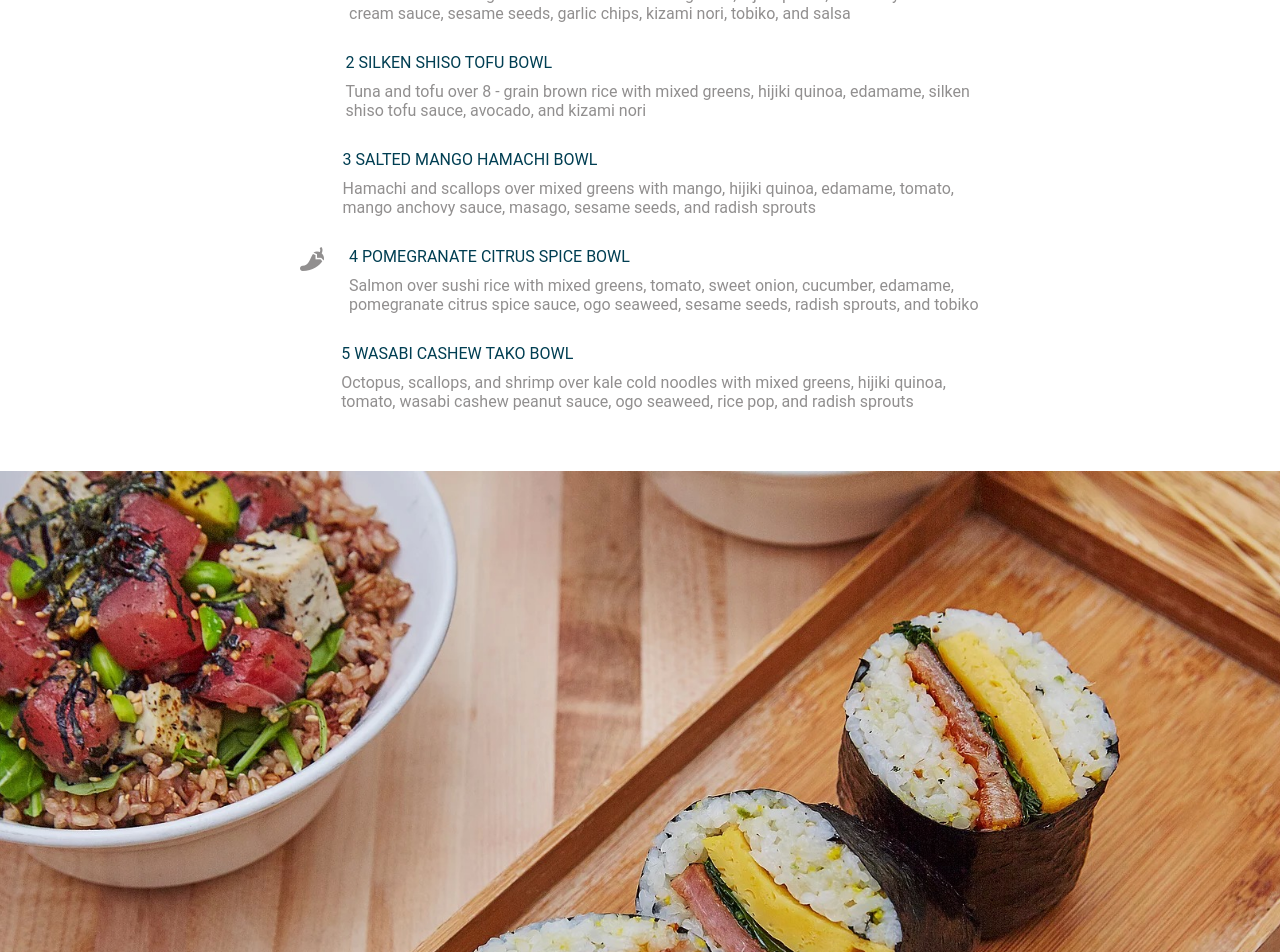
Repository: ypiard85/kome-waza
Page: index.html
These files come from the project's save history. The page is drawn as it stood at one moment and after the next save; the edit follows.
The browser window is 1280 px wide. The pictures show the part of the page from y = 2195 to 3147 px (the page is 3948 px tall before and 3962 px after).

Above is the page before, as saved 2021-02-23 12:29:45.

After the next save:
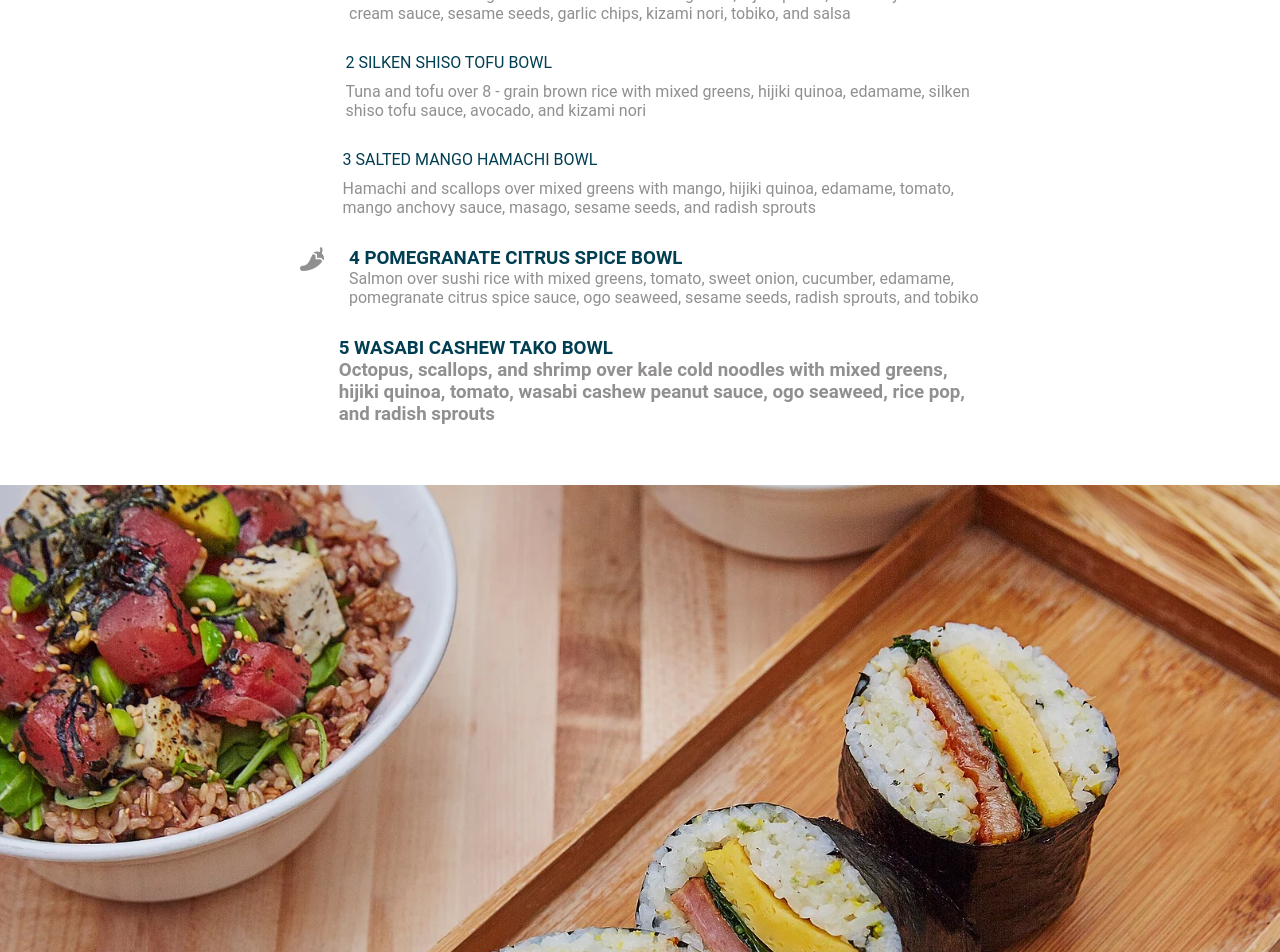
Saved 46 s later.
--- a/index.html
+++ b/index.html
@@ -85,7 +85,7 @@
         <div class="about_content">
             <span class="fas fa-pepper-hot"></span>
             <div class="about_content_info">
-                <p class="t">4  POMEGRANATE CITRUS SPICE BOWL</p>
+                <h3>4  POMEGRANATE CITRUS SPICE BOWL</h3>
                 <p class="description">Salmon over sushi rice with mixed greens, tomato, sweet onion, cucumber, edamame, pomegranate citrus spice sauce, ogo seaweed, sesame seeds, radish sprouts, and tobiko
                 </p>
             </div>
@@ -93,7 +93,7 @@
         <div class="about_content">
             <span></span>
             <div class="about_content_info">
-                <p class="t">5  WASABI CASHEW TAKO BOWL</p>
+                <h3>5  WASABI CASHEW TAKO BOWL</3>
                 <p class="description">Octopus, scallops, and shrimp over kale cold noodles with mixed greens, hijiki quinoa, tomato, wasabi cashew peanut sauce, ogo seaweed, rice pop, and radish sprouts
                 </p>
             </div>
